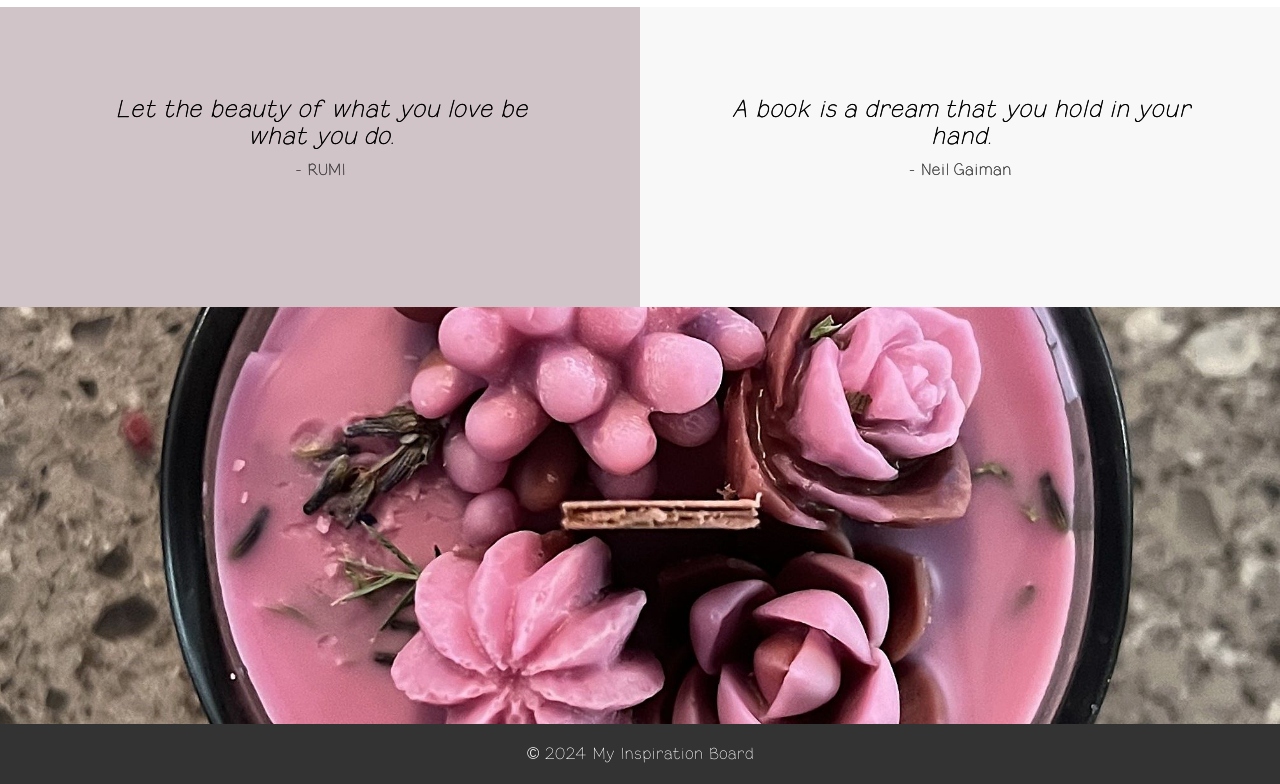
Repository: Brittany-Westlund/MART341-WebDesign
Page: WebDesignHomework/Assignment12/gallery.html
An editor plug-in stored every save of this project. The page is shown before and after the next save, followed by the edit.
The browser window is 1280 px wide. The pictures show the part of the page from y = 328 to 1280 px (the page is 1112 px tall before and 1280 px after).
Pictures or frames that could not be fetched are drawn as grey boxes. Some web fonts or font styles are not loaded; a fallback is used.

Above is the page before, as saved 2024-11-15 19:57:16.

After the next save:
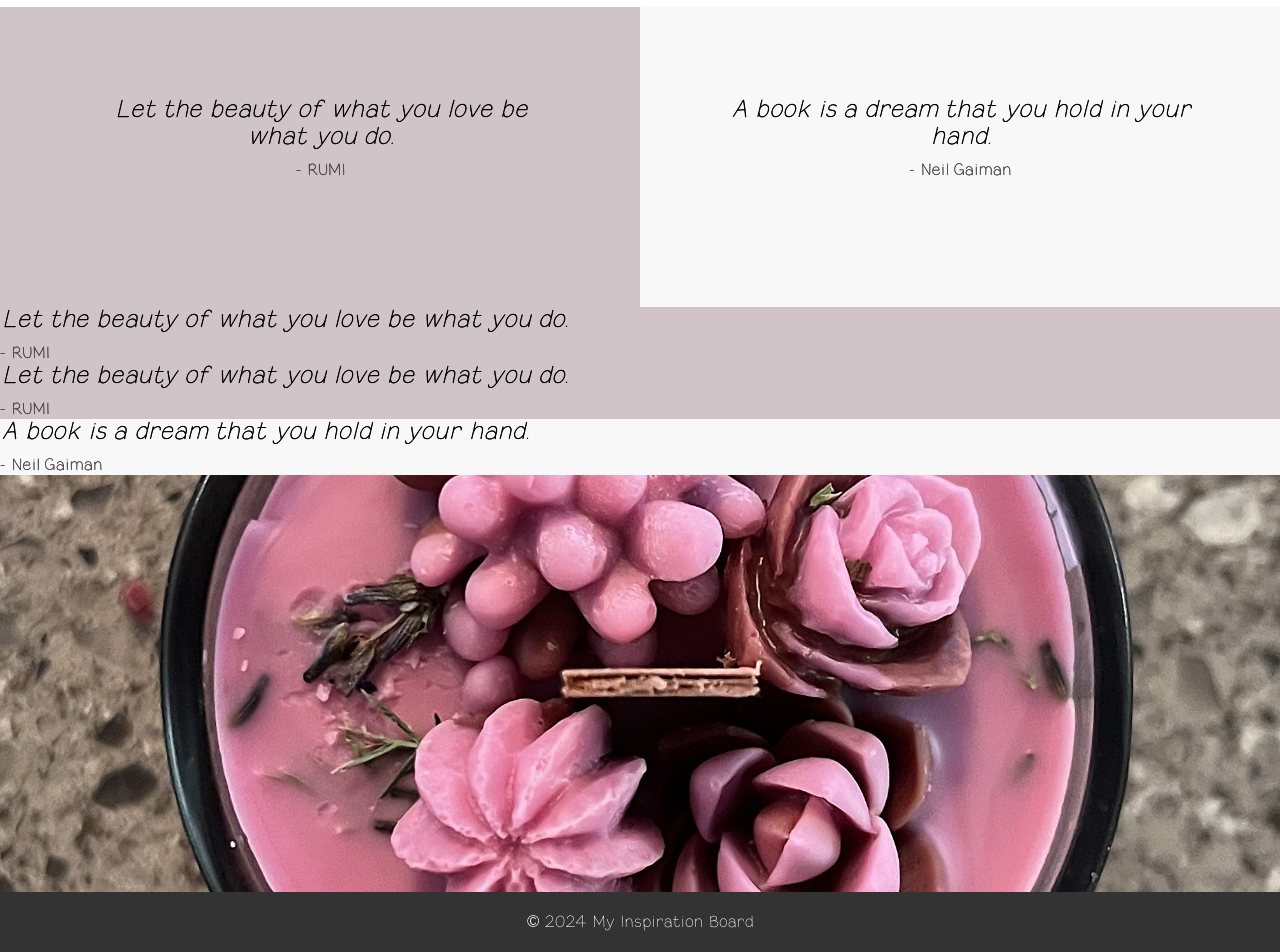
Saved 83 s later.
--- a/WebDesignHomework/Assignment12/gallery.html
+++ b/WebDesignHomework/Assignment12/gallery.html
@@ -39,7 +39,23 @@
         </div>
     </div>
 
-    <!-- Full-width image section -->
+<!-- Three-column block section -->
+<div class="three-column-gallery">
+    <div class="left-section">
+        <blockquote>Let the beauty of what you love be what you do.</blockquote>
+        <p id="quote-author">- RUMI</p>
+    </div>
+    <div class="left-section">
+        <blockquote>Let the beauty of what you love be what you do.</blockquote>
+        <p id="quote-author">- RUMI</p>
+    </div>
+    <div class="right-section">
+        <blockquote>A book is a dream that you hold in your hand.</blockquote>
+        <p id="quote-author">- Neil Gaiman</p>
+    </div>
+</div>
+
+ <!-- Full-width image section -->
     <div>
         <img class="banner-image" src="images/succulent_candle_topview_banner.jpg">
     </div>
